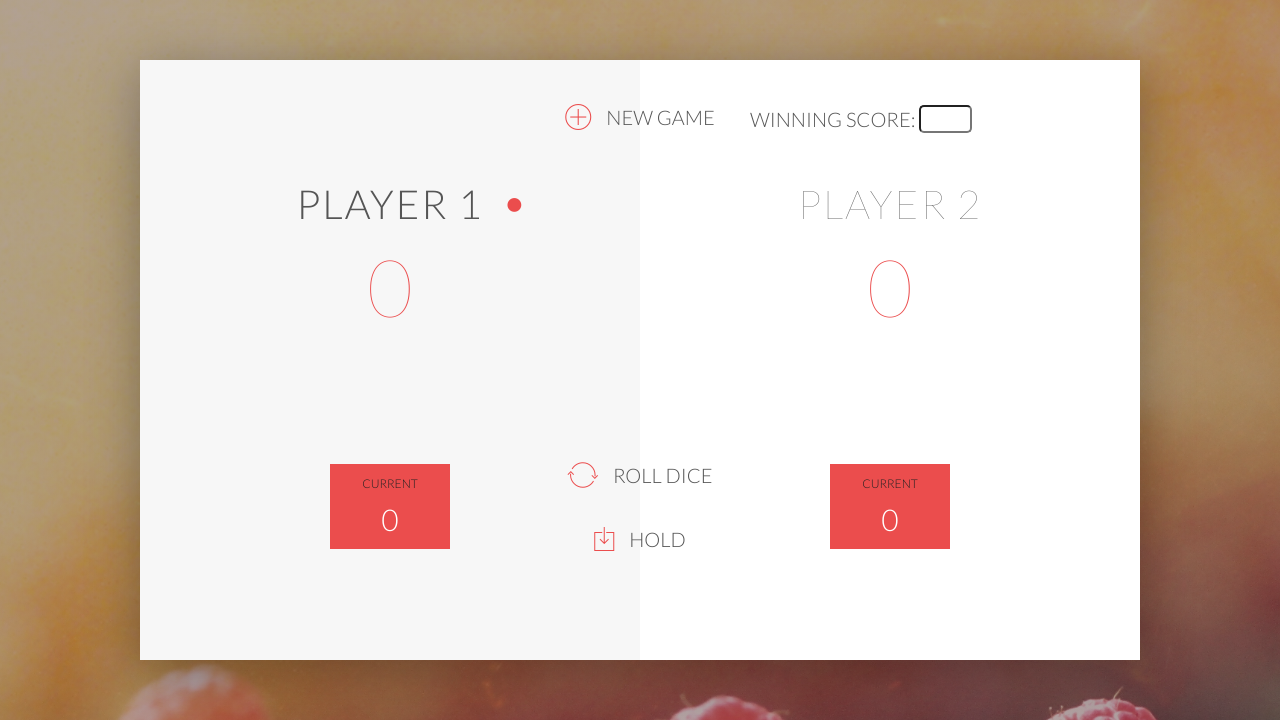
Repository: hexanek/hexanek.github.io
Page: pig-game/index.html
The author's editor kept a copy of each file at every save. The page is drawn from the files as they stood at one save, then again after the next save.
The browser window is 1280 px wide. The pictures show the whole page.

Above is the page before, as saved 2019-12-19 23:52:13.

### pig-game/index.html
<!DOCTYPE html>
<html lang="en">
    <head>
        <meta charset="UTF-8">
        <link href="https://fonts.googleapis.com/css?family=Lato:100,300,600" rel="stylesheet" type="text/css">
        <link href="http://code.ionicframework.com/ionicons/2.0.1/css/ionicons.min.css" rel="stylesheet" type="text/css">
        <link type="text/css" rel="stylesheet" href="style.css">

        <title>Pig Game</title>
    </head>

    <body>
        <div class="wrapper clearfix">
            <div class="player-0-panel active">
                <div class="player-name" id="name-0">Player 1</div>
                <div class="player-score" id="score-0">43</div>
                <div class="player-current-box">
                    <div class="player-current-label">Current</div>
                    <div class="player-current-score" id="current-0">11</div>
                </div>
            </div>

            <div class="player-1-panel">
                <div class="player-name" id="name-1">Player 2</div>
                <div class="player-score" id="score-1">72</div>
                <div class="player-current-box">
                    <div class="player-current-label">Current</div>
                    <div class="player-current-score" id="current-1">0</div>
                </div>
            </div>

            <button class="btn-new"><i class="ion-ios-plus-outline"></i>New game</button>
            <button class="btn-roll"><i class="ion-ios-loop"></i>Roll dice</button>
            <button class="btn-hold"><i class="ion-ios-download-outline"></i>Hold</button>
            <!-- <button class="btn-save" form="formScore"><i class="ion-archive"></i>Save</button> -->
            <form class="form-score" id="formScore">
            Winning score: <input class="input-score" type="number" name="WinningScore" id="winScore">
            </form>
            <img src="dice-5.png" alt="Dice" class="dice">
            <img src="dice-5.png" alt="Dice2" class="dice2" id="dice2">

        </div>

        <script src="app.js"></script>
    </body>
</html>

### pig-game/style.css
/**********************************************
*** GENERAL
**********************************************/

* {
    margin: 0;
    padding: 0;
    box-sizing: border-box;

}

.clearfix::after {
    content: "";
    display: table;
    clear: both;
}

body {
    background-image: linear-gradient(rgba(62, 20, 20, 0.4), rgba(62, 20, 20, 0.4)), url(back.jpg);
    background-size: cover;
    background-position: center;
    font-family: Lato;
    font-weight: 300;
    position: relative;
    height: 100vh;
    color: #555;
}

.wrapper {
    width: 1000px;
    position: absolute;
    top: 50%;
    left: 50%;
    transform: translate(-50%, -50%);
    background-color: #fff;
    box-shadow: 0px 10px 50px rgba(0, 0, 0, 0.3);
    overflow: hidden;
}

.player-0-panel,
.player-1-panel {
    width: 50%;
    float: left;
    height: 600px;
    padding: 100px;
}



/**********************************************
*** PLAYERS
**********************************************/

.player-name {
    font-size: 40px;
    text-align: center;
    text-transform: uppercase;
    letter-spacing: 2px;
    font-weight: 100;
    margin-top: 20px;
    margin-bottom: 10px;
    position: relative;
}

.player-score {
    text-align: center;
    font-size: 80px;
    font-weight: 100;
    color: #EB4D4D;
    margin-bottom: 130px;
}

.active { background-color: #f7f7f7; }
.active .player-name { font-weight: 300; }

.active .player-name::after {
    content: "\2022";
    font-size: 47px;
    position: absolute;
    color: #EB4D4D;
    top: -7px;
    right: 10px;

}

.player-current-box {
    background-color: #EB4D4D;
    color: #fff;
    width: 40%;
    margin: 0 auto;
    padding: 12px;
    text-align: center;
}

.player-current-label {
    text-transform: uppercase;
    margin-bottom: 10px;
    font-size: 12px;
    color: #222;
}

.player-current-score {
    font-size: 30px;
}

button {
    position: absolute;
    width: 200px;
    left: 50%;
    transform: translateX(-50%);
    color: #555;
    background: none;
    border: none;
    font-family: Lato;
    font-size: 20px;
    text-transform: uppercase;
    cursor: pointer;
    font-weight: 300;
    transition: background-color 0.3s, color 0.3s;
}


button:hover { font-weight: 600; }
button:hover i { margin-right: 20px; }

button:focus {
    outline: none;
}

i {
    color: #EB4D4D;
    display: inline-block;
    margin-right: 15px;
    font-size: 32px;
    line-height: 1;
    vertical-align: text-top;
    margin-top: -4px;
    transition: margin 0.3s;
}

.btn-new { top: 45px;}
.btn-roll { top: 403px;}
.btn-hold { top: 467px;}
.btn-save {
    left: 90%;
    top: 45px;
}
/* .input-score {
     top: 83px;
     position: absolute;
    width: 53px;
    left: 50%;
    transform: translateX(-50%);
    color: #555;
    background: none;
    border-radius: 5px;
    font-family: Lato;
    font-size: 20px;
    text-transform: uppercase;
    cursor: default;
    font-weight: 300;
    transition: background-color 0.3s, color 0.3s;
    } */
.input:focus{
    border: 3px solid #555;
}
.form-score{
    top: 45px;
     position: absolute;
    width: 240px;
    left: 73%;
    transform: translateX(-50%);
    color: #555;
    background: none;
    border-radius: 5px;
    font-family: Lato;
    font-size: 20px;
    text-transform: uppercase;
    cursor: default;
    font-weight: 300;
    transition: background-color 0.3s, color 0.3s;
}
.form-score input {
    text-align: center;
    width: 53px;
    color: #555;
    background: none;
    border-radius: 5px;
    font-family: Lato;
    font-size: 20px;
    text-transform: uppercase;
    cursor: default;
    font-weight: 300;
    transition: background-color 0.3s, color 0.3s;
}

.dice {
    position: absolute;
    left: 55%;
    top: 178px;
    transform: translateX(-50%);
    height: 100px;
    box-shadow: 0px 10px 60px rgba(0, 0, 0, 0.10);
}
.dice2 {
    position: absolute;
    left: 45%;
    top: 178px;
    transform: translateX(-50%);
    height: 100px;
    box-shadow: 0px 10px 60px rgba(0, 0, 0, 0.10);
}

.winner { background-color: #f7f7f7; }
.winner .player-name { font-weight: 300; color: #EB4D4D; }

### pig-game/app.js

var scores, roundScore, activePlayer, gamePlaying, doubleSix, winScore, dice2, doubleSix2;
    init();



document.querySelector('.btn-roll').addEventListener('click', function(){
    if(gamePlaying){
    var dice = Math.floor(Math.random() * 6) + 1;
    var dice2 = Math.floor(Math.random() * 6) + 1;


    var diceDom = document.querySelector('.dice');
    diceDom.style.display = 'block';
    diceDom.src = 'dice-' + dice + '.png';

    var dice2Dom = document.querySelector('.dice2');
    dice2Dom.style.display = 'block';
    dice2Dom.src = 'dice-' + dice2 + '.png';

    if((dice === 6 && doubleSix === 6) || (dice2 === 6 && doubleSix2 === 6)){

        scores[activePlayer] = 0;
        document.querySelector('#score-' + activePlayer).textContent = scores[activePlayer];
        nextPlayer();
    }

    else if(dice !== 1 && doubleSix !== dice && doubleSix !== dice2) {

        roundScore += dice;
        roundScore += dice2;
        document.querySelector('#current-' + activePlayer).textContent = roundScore;

    } else {

        nextPlayer();


    }
    doubleSix = dice;
    doubleSix2 = dice2;

}


});




document.querySelector('.btn-hold').addEventListener('click', function(){
    if(gamePlaying){
    scores[activePlayer] += roundScore;
    document.querySelector('#score-' + activePlayer).textContent = scores[activePlayer];


    if (scores[activePlayer] >= winScore) {
        document.getElementById('name-' + activePlayer).textContent = 'Winner!';
        document.querySelector('.player-'+activePlayer+ '-panel').classList.add('winner');
        document.querySelector('.player-'+activePlayer+ '-panel').classList.remove('active');
        document.querySelector('.dice').style.display = 'none';
        document.querySelector('.dice2').style.display = 'none';
        gamePlaying = false;


    } else {
        nextPlayer();

    }
}
});

document.querySelector('.btn-new').addEventListener('click',  init);


function nextPlayer(){
    activePlayer === 0 ? activePlayer = 1 : activePlayer = 0;
        roundScore = 0;
        document.getElementById('current-0').textContent = '0';
        document.getElementById('current-1').textContent = '0';

        document.querySelector('.player-0-panel').classList.toggle('active');
        document.querySelector('.player-1-panel').classList.toggle('active');

        document.querySelector('.dice').style.display = 'none';
        document.querySelector('.dice2').style.display = 'none';
}

function init(){
    scores = [0,0];
    roundScore = 0;
    activePlayer = 0;
    gamePlaying = true;

    document.querySelector('.dice').style.display = 'none';
    document.querySelector('.dice2').style.display = 'none';

    //document.querySelector('#current-'+ activePlayer).textContent = dice;
    document.getElementById('score-0').textContent = '0';
    document.getElementById('score-1').textContent = '0';
    document.getElementById('current-0').textContent = '0';
    document.getElementById('current-1').textContent = '0';
    document.getElementById('name-0').textContent = 'Player 1';
    document.getElementById('name-1').textContent = 'Player 2';
    document.querySelector('.player-0-panel').classList.remove('winner');
    document.querySelector('.player-1-panel').classList.remove('winner');
    document.querySelector('.player-0-panel').classList.remove('active');
    document.querySelector('.player-1-panel').classList.remove('active');
    document.querySelector('.player-0-panel').classList.add('active');
    winScore = document.getElementById('winScore').value;


}

After the next save:
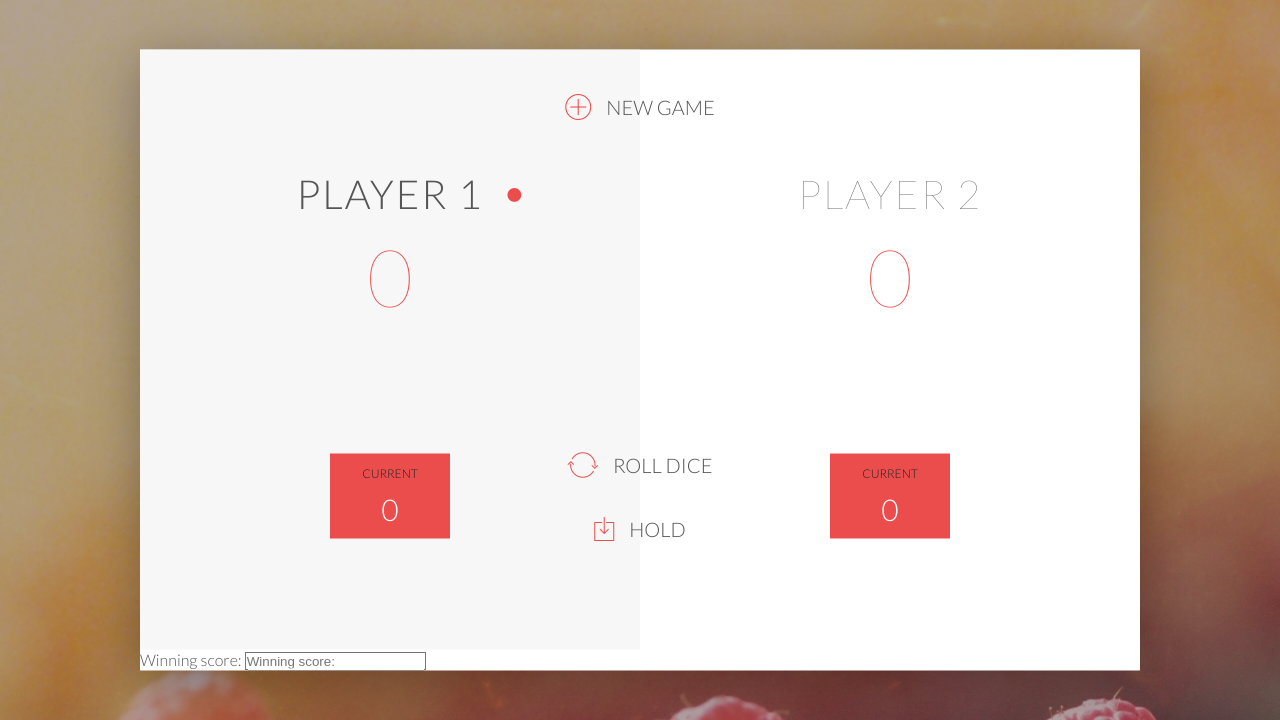
Saved 2 min 17 s later.
--- a/pig-game/index.html
+++ b/pig-game/index.html
@@ -33,9 +33,9 @@
             <button class="btn-roll"><i class="ion-ios-loop"></i>Roll dice</button>
             <button class="btn-hold"><i class="ion-ios-download-outline"></i>Hold</button>
             <!-- <button class="btn-save" form="formScore"><i class="ion-archive"></i>Save</button> -->
-            <form class="form-score" id="formScore">
-            Winning score: <input class="input-score" type="number" name="WinningScore" id="winScore">
-            </form>
+            <!-- <form class="form-score" id="formScore"> -->
+            Winning score: <input class="input-score" type="number" name="WinningScore" placeholder="Winning score: " id="winScore">
+            <!-- </form> -->
             <img src="dice-5.png" alt="Dice" class="dice">
             <img src="dice-5.png" alt="Dice2" class="dice2" id="dice2">
 
